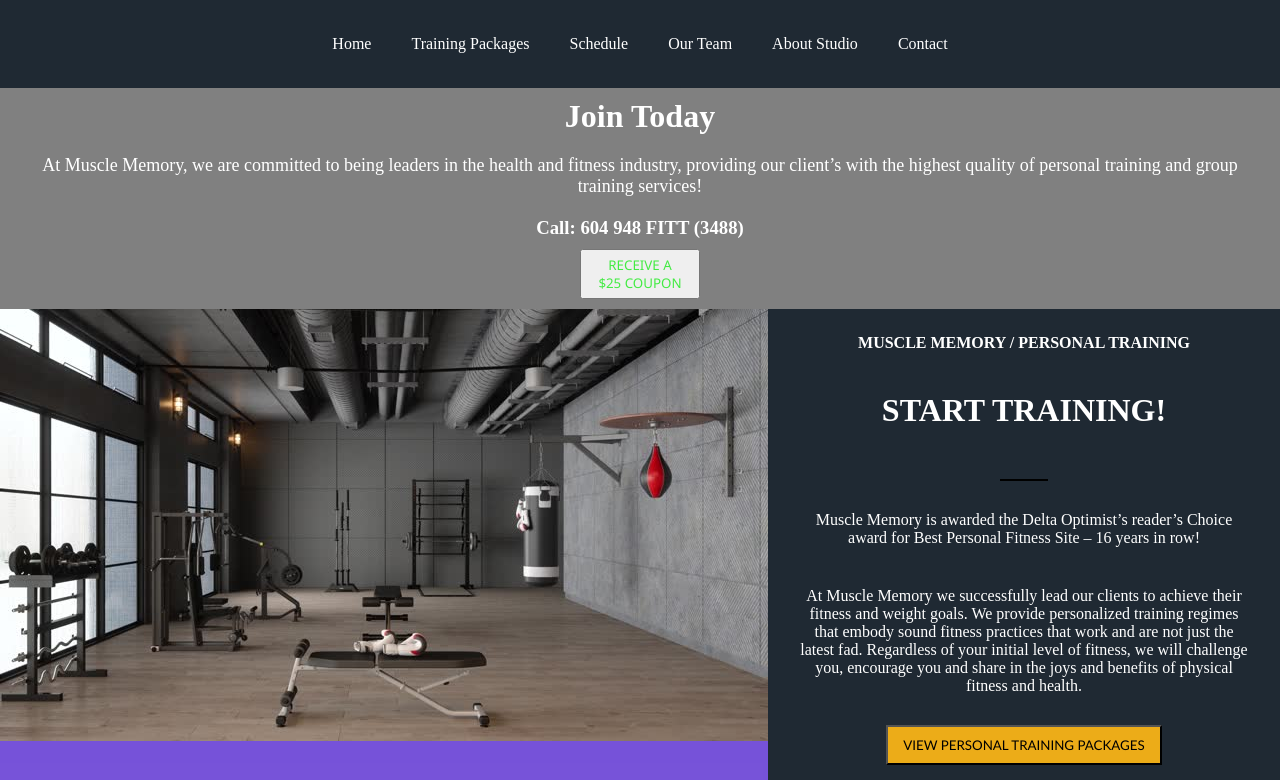
Repository: MujtabaHabib/muscle-memory-website
Page: index.html
An editor plug-in stored every save of this project. The page is shown before and after the next save, followed by the edit.
The browser window is 1280 px wide. The pictures show the whole page.

Above is the page before, as saved 2026-01-27 05:03:58.

### index.html
<!DOCTYPE html>
<html lang="en">

<head>
    <meta charset="UTF-8">
    <meta name="viewport" content="width=device-width, initial-scale=1.0">
    <title>Muscle Memory</title>
    <link rel="stylesheet" href="style.css">
</head>

<body>
    <div class="container">
        <nav>
            <ul class="list">
                <li><a href="#">Home</a></li>
                <li><a href="#">Training Packages</a></li>
                <li><a href="#">Schedule</a></li>
                <li><a href="#">Our Team</a></li>
                <li><a href="#">About Studio</a></li>
                <li><a href="#">Contact</a></li>
            </ul>
        </nav>
        <div class="details">
            <h1>Join Today</h1>
            <p>At Muscle Memory, we are committed to being leaders in the health and fitness industry,
                providing our client’s with the highest quality of personal training and group training
                services!</p>

            <h3>Call: 604 948 FITT (3488)</h3>
            <button>RECEIVE A $25 COUPON</button>
        </div>
        <div class="box">
            <div class="gym">
                <img src="gym.jpg" alt="gym">
            </div>
            <div class="message">
                <h4>MUSCLE MEMORY / PERSONAL TRAINING</h4>
                <h1 >START TRAINING!</h1>
                <hr>
                <p>Muscle Memory is awarded the Delta Optimist’s
                    reader’s Choice award for Best Personal
                    Fitness Site – 16 years in row!</p>
                <p>At Muscle Memory we successfully lead our clients to achieve their fitness and weight goals. We
                    provide personalized training regimes that embody sound fitness practices that work and are not just
                    the latest fad. Regardless of your initial level of fitness, we will challenge you, encourage you
                    and share in the joys and benefits of physical fitness and health.</p>
                <button>VIEW PERSONAL TRAINING PACKAGES</button>
            </div>
        </div>
    </div>

</body>

</html>

### style.css
* {
    margin: 0;
    padding: 0;
}

.list {
    display: flex;
    padding: 15px;
    justify-content: center;
    align-items: center;
    background-color: #1f2933;
}

.list a {
    text-decoration: none;
    color: white;
}

.list li {
    padding: 20px;
    list-style-type: none;
}

.details {
    text-align: center;
    background-color: gray;
    color: white;
}

.details button {
    height: 50px;
    width: 120px;
}

.details h1,
.details h3,
.details p,
.details button {
    padding: 10px 15px 10px;

}

.details p {
    font-size: 18px;
    justify-content: center;
}
.details button{
    padding-top: 5px;
    font-family: 'Segoe UI', Tahoma, Geneva, Verdana, sans-serif;
    margin-bottom: 10px;
    color: rgb(67, 235, 67);;
}
hr {
    border: none;
    border-top: 2px solid #000000;
    width: 10%;
    margin: 20px auto;
    align-items: flex-start;
}

.box {
    display: flex;
    align-items: space-between;
    color: white;
    background-color: #6b44d6eb;
}

.message {

    padding: 15px;
    justify-content: center;
    text-align: center;
    background-color: #1f2933;

}

.message h1,
.message h4,
.message p {

    padding: 10px 15px 30px;
}

.message button{
    padding: 10px 15px 10px;
    background-color: rgb(236, 172, 24);
    font-family:'Gill Sans', 'Gill Sans MT', Calibri, 'Trebuchet MS', sans-serif
}

After the next save:
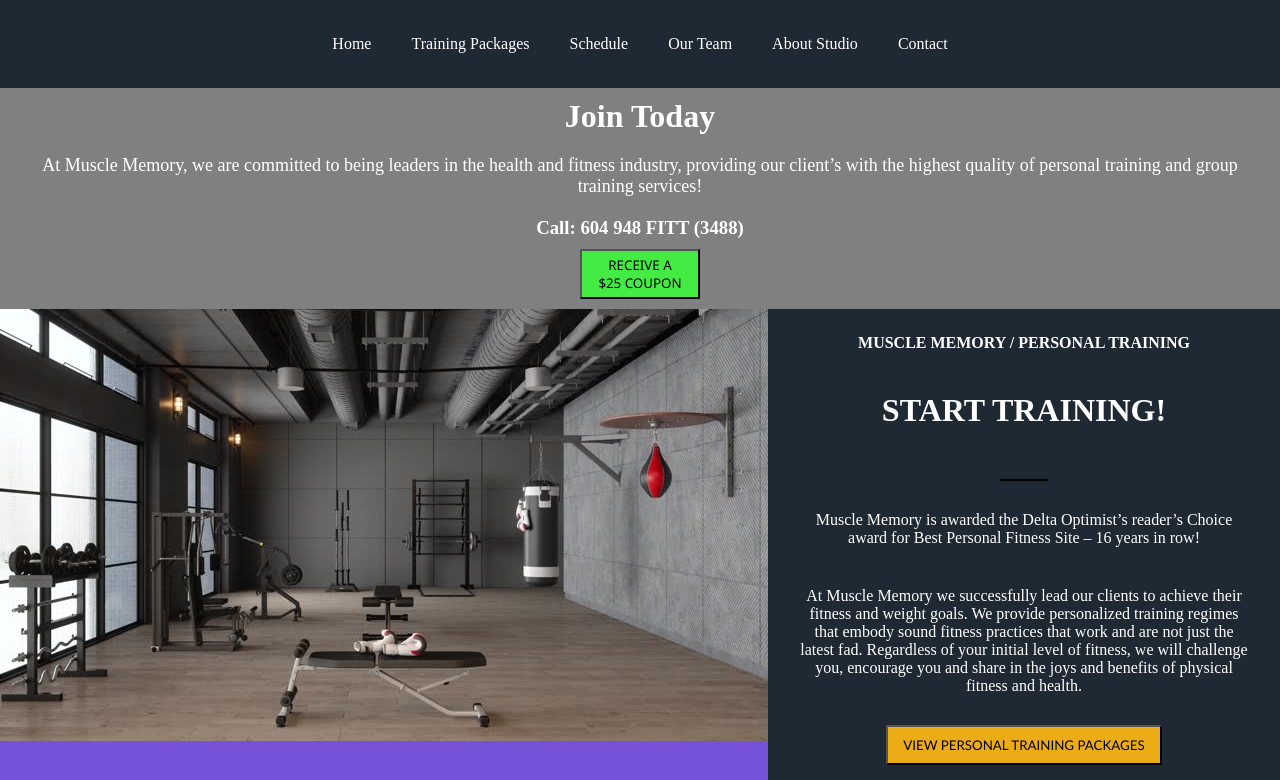
Saved 11 s later.
--- a/style.css
+++ b/style.css
@@ -48,7 +48,7 @@
     padding-top: 5px;
     font-family: 'Segoe UI', Tahoma, Geneva, Verdana, sans-serif;
     margin-bottom: 10px;
-    color: rgb(67, 235, 67);;
+    background-color: rgb(67, 235, 67);;
 }
 hr {
     border: none;
